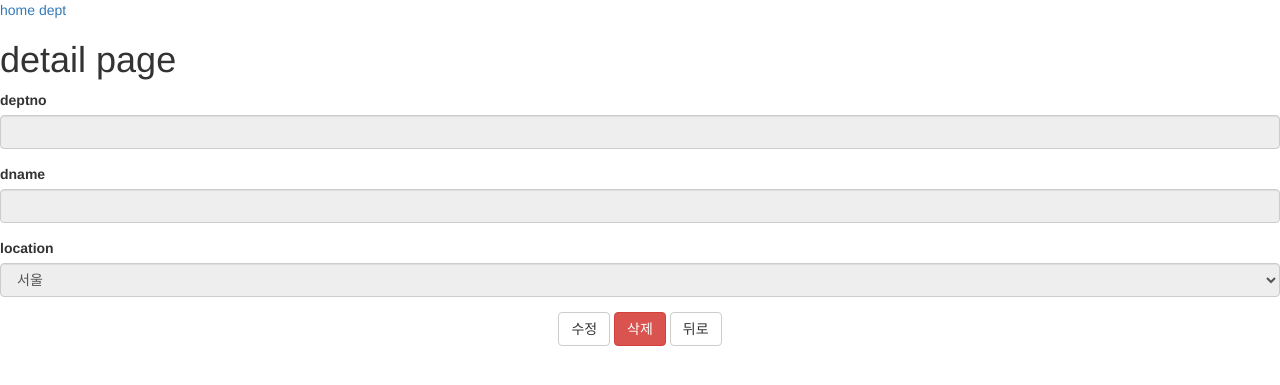
Repository: minho00123/sw-professional-training
Page: http://localhost/sts01/WEB-INF/views/dept/edit.jsp
The author's editor kept a copy of each file at every save. The page is drawn from the files as they stood at one save, then again after the next save.
The browser window is 1280 px wide. The pictures show the whole page.
The page is served by Tomcat 9. Nobody is signed in. The template is opened directly, without the code that normally fills it, so the values that code supplies are empty.

Above is the page before, as saved 2025-05-14 06:36:14.

After the next save:
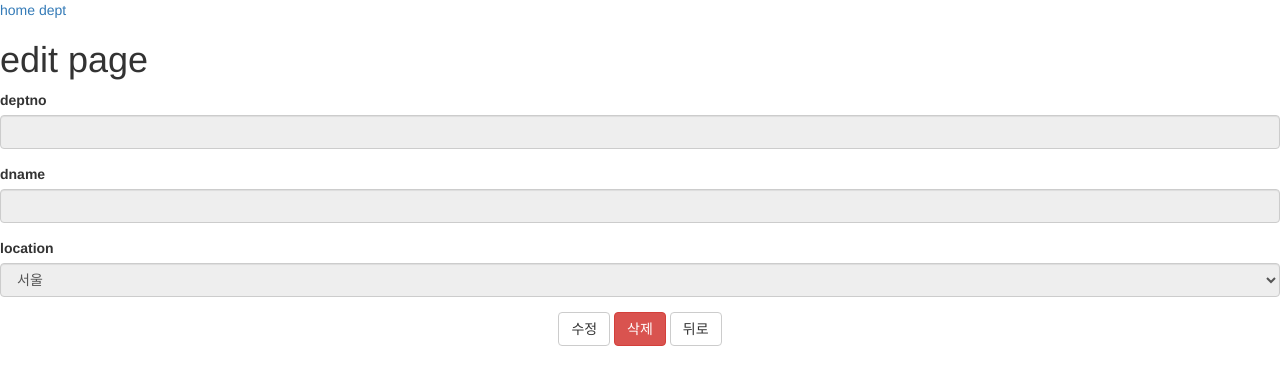
Saved 47 s later.
--- a/webWorkspace/sts01/src/main/webapp/WEB-INF/views/dept/edit.jsp
+++ b/webWorkspace/sts01/src/main/webapp/WEB-INF/views/dept/edit.jsp
@@ -13,7 +13,7 @@
 		<a href="${pageContext.request.contextPath }/index.do">home</a>
 		<a href="${pageContext.request.contextPath }/dept/list.do">dept</a>
 	</nav>
-	<h1>detail page</h1>
+	<h1>edit page</h1>
 	<form action="edit.do" method="post">
 		<div class="form-group">
 			<label>deptno</label><input class="form-control" name="deptno" value="${bean.deptno }" readonly/>
